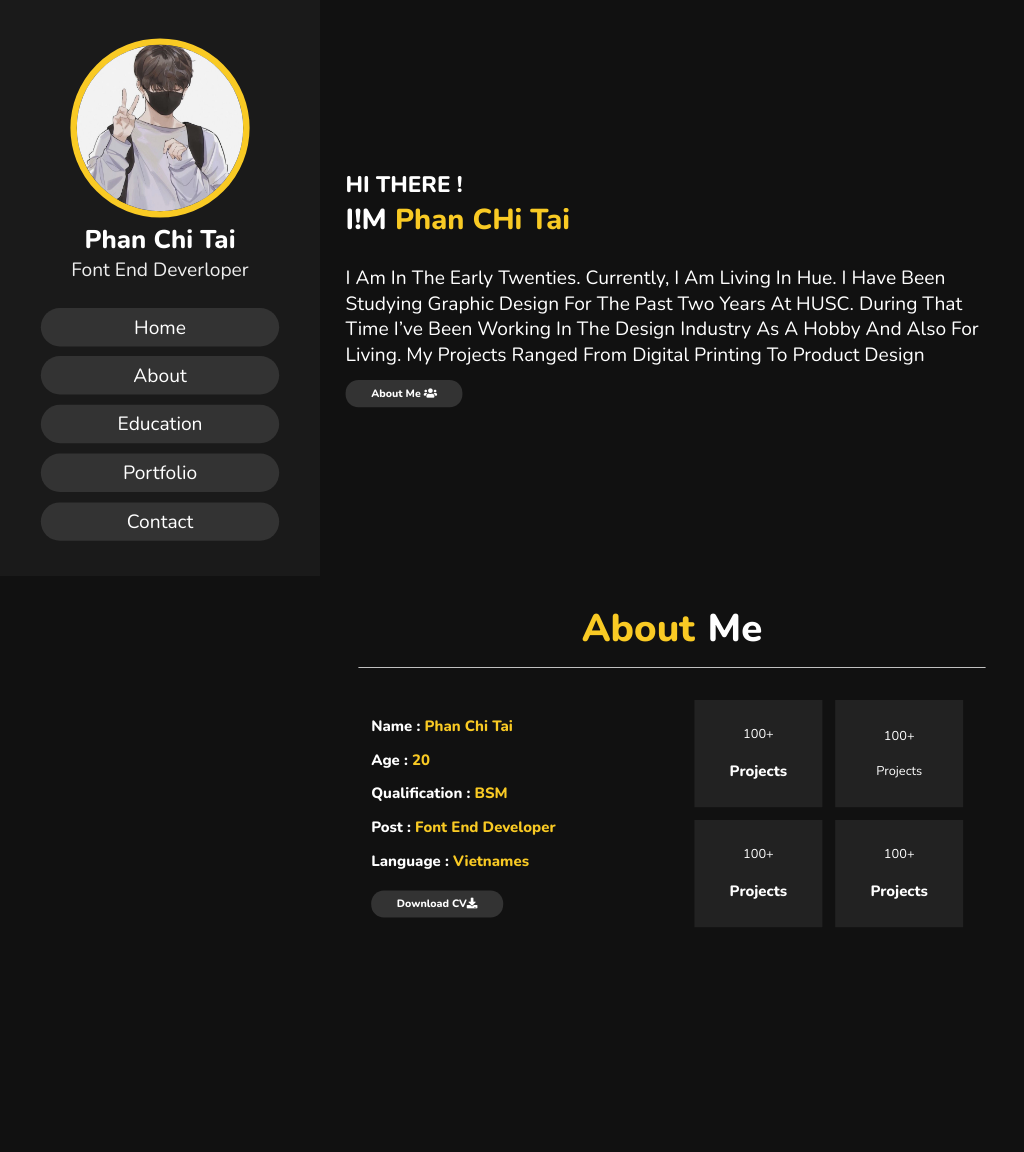
Repository: PCTai/My-profile
Page: index.html
These files come from the project's save history. The page is drawn as it stood at one moment and after the next save; the edit follows.
The browser window is 1280 px wide. The pictures show the whole page, at 80% of full size.

Above is the page before, as saved 2021-11-26 09:27:52.

After the next save:
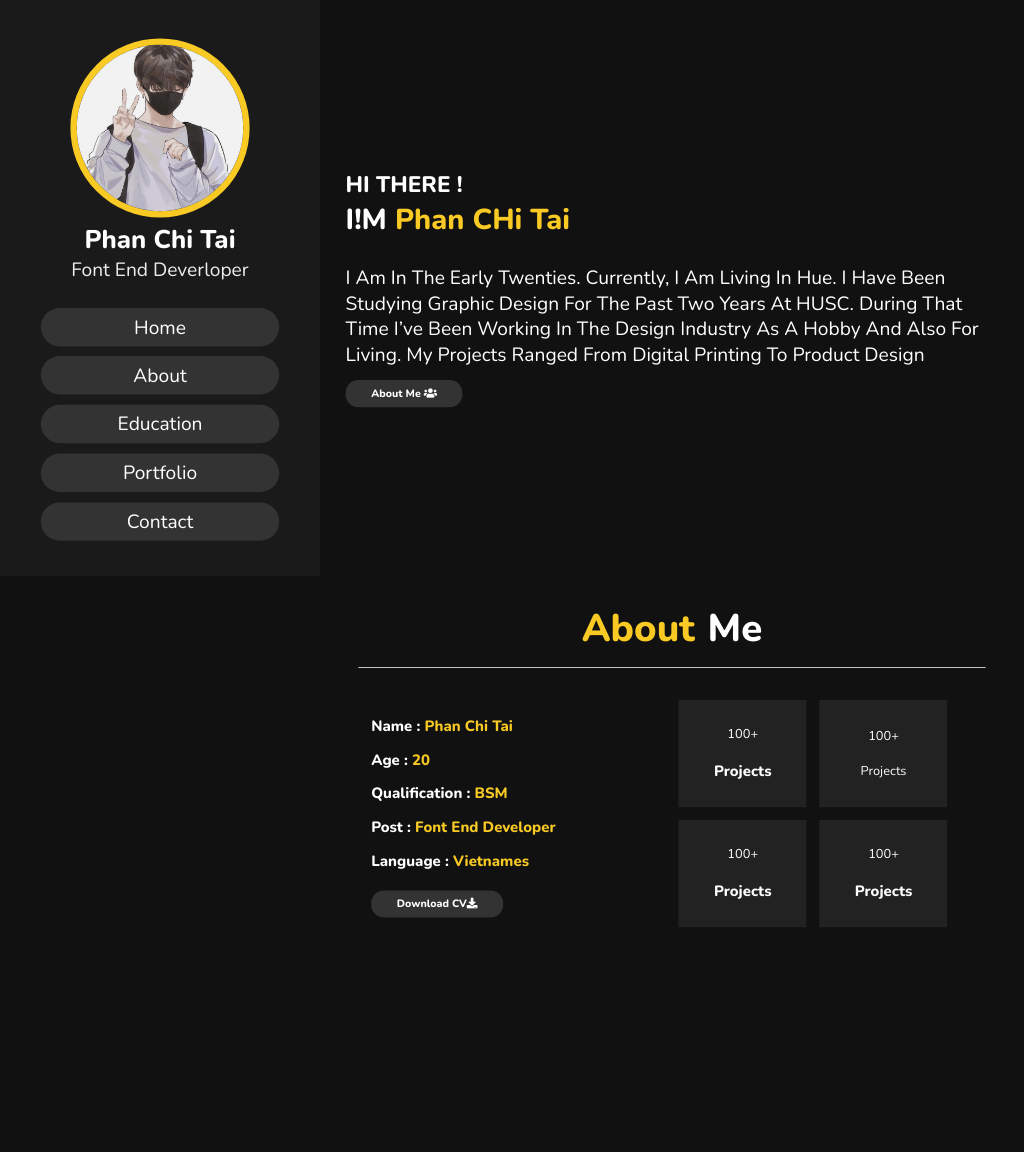
Saved 119 s later.
--- a/assets/css/style.css
+++ b/assets/css/style.css
@@ -151,7 +151,7 @@ section{
     padding-right: 1rem;
 }
 .info{
-    flex: 1 1 50%;
+    flex: 1 1 45%;
     padding: 1rem;
     padding-left: 1rem;
 
@@ -171,8 +171,8 @@ section{
 
 }
 .counter{
-    flex:1 1 50%;
-    width: 50%;
+    flex:1 1 55%;
+    width: 55%;
     justify-content: center;
     display: flex;
     flex-wrap: wrap;
